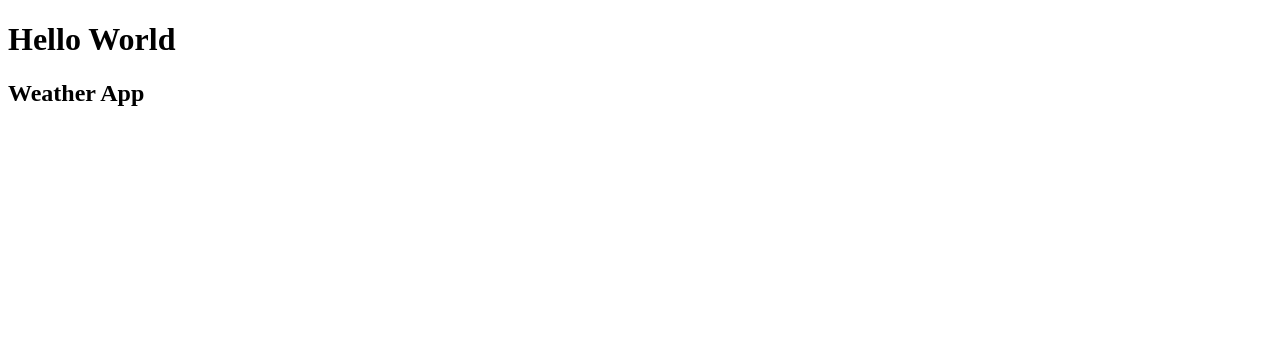
Repository: CarmenFerlatte/demoGitHub
Page: index.html
The author's editor kept a copy of each file at every save. The page is drawn from the files as they stood at one save, then again after the next save.
The browser window is 1280 px wide. The pictures show the whole page.

Above is the page before, as saved 2024-07-08 20:49:12.

After the next save:
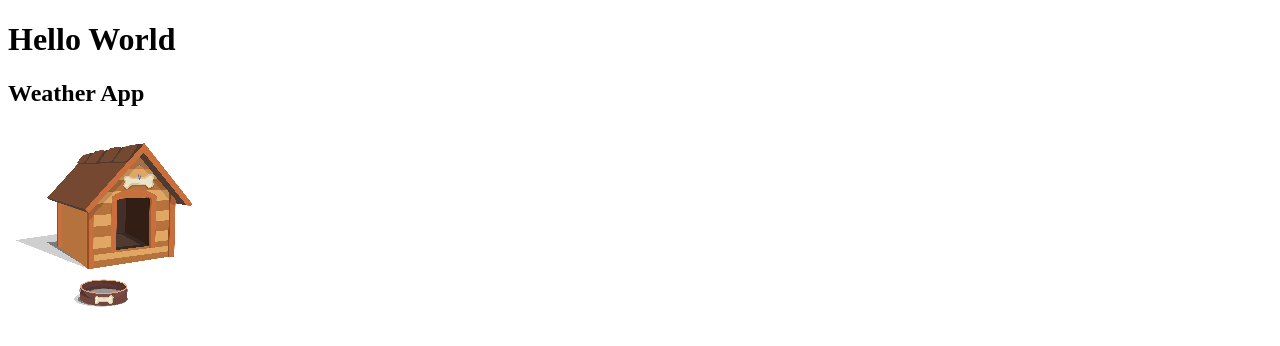
Saved 5 s later.
--- a/index.html
+++ b/index.html
@@ -15,7 +15,7 @@
     <h1>Hello World</h1>
     <h2>Weather App</h2>
     <div>
-      <im
+      <img src="images/icons/icon-192x192.png" alt="Weather Icon" />
     </div>
   </body>
 </html>
